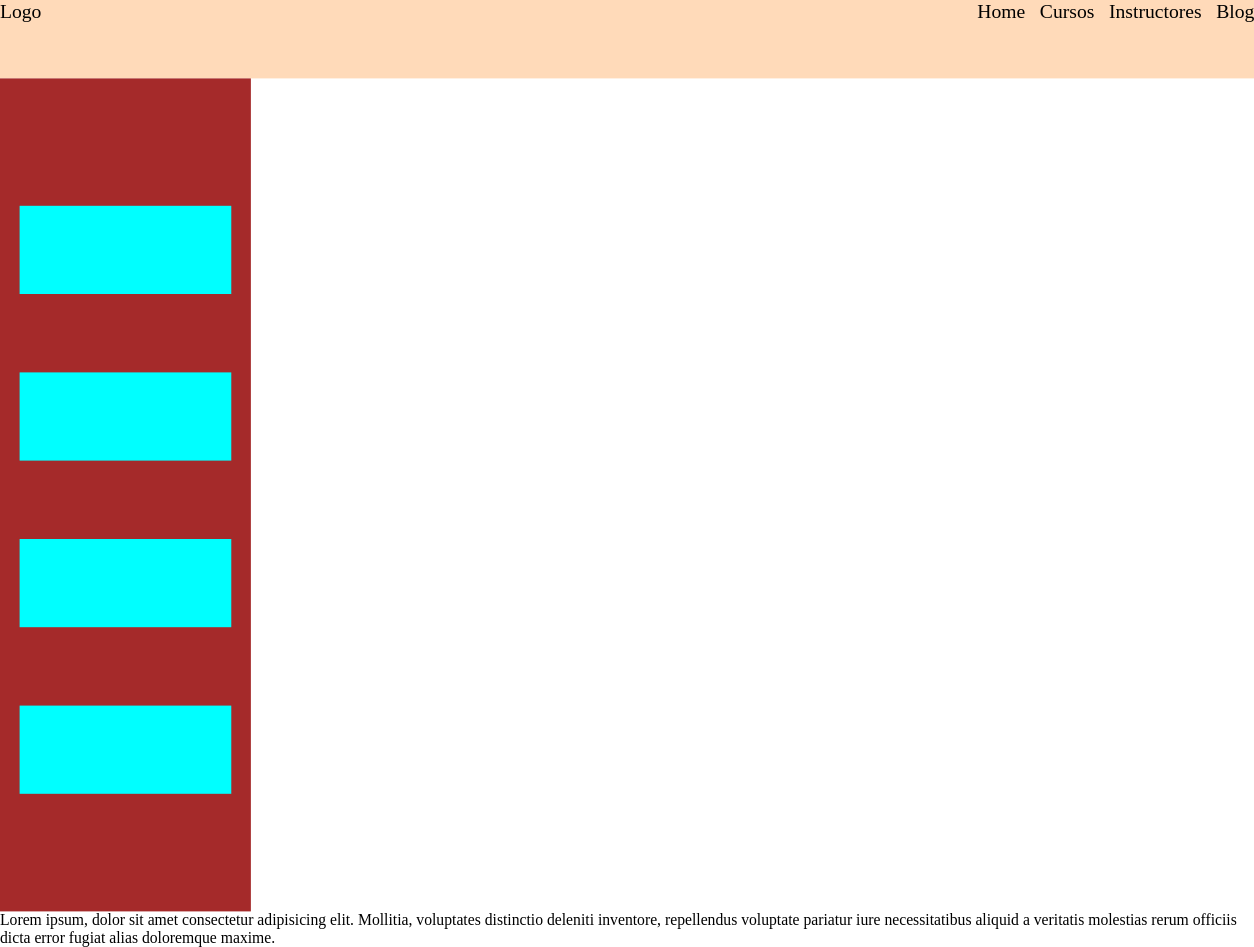
Repository: Daniel009980/daniel0099980
Page: desafiolayout1/index.html
An editor plug-in stored every save of this project. The page is shown before and after the next save, followed by the edit.
The browser window is 1280 px wide. The pictures show the whole page, at 98% of full size.

Above is the page before, as saved 2022-09-21 20:26:14.

### desafiolayout1/index.html
<!DOCTYPE html>
<html lang="en">
<head>
    <meta charset="UTF-8">
    <meta http-equiv="X-UA-Compatible" content="IE=edge">
    <meta name="viewport" content="width=device-width, initial-scale=1.0">
    <title>Desafio layout 1</title>
    <link rel="stylesheet" href="./style.css">
</head>
<body>
    <header class="cabeza">
    <p>Logo</p>
        <ul class="nav">
            <li>Home</li>
            <li>Cursos</li>
            <li>Instructores</li>
            <li>Blog</li>
        </ul>
    </header>
    <section class="seccion">
    <div class="cosas">
    <ul class="ad">
        <li></li>
        <li></li>
        <li></li>
        <li></li>
    </ul>
</div>
</section>
<span>Lorem ipsum, dolor sit amet consectetur adipisicing elit. Mollitia, voluptates distinctio deleniti inventore, repellendus voluptate pariatur iure necessitatibus aliquid a veritatis molestias rerum officiis dicta error fugiat alias doloremque maxime.</span>
</body>
</html>

### desafiolayout1/style.css
*{
    box-sizing: border-box;
    margin: 0;
    padding: 0;
}

.nav li{
    display: inline-block;
    padding-left: 10px;

}

.cabeza p{
    display: inline-block;
    font-size: 20px;

}

.cabeza{
    background-color: peachpuff;
    height: 80px;
    display: flex;
    justify-content: space-between;
    flex-wrap: wrap;
}
.nav {
    list-style: none;
    font-size: 20px;

}
.seccion{
    display: flex;
}
.cosas{
    width: 20%;
    justify-content: space-between;

}


.ad{
    background-color: brown;
    padding-top: 50px;
    height: 850px;
    list-style: none;
}

.ad li{
    background-color: aqua;
    margin: 20px;
    margin-top: 80px;
    height: 90px;
}

After the next save:
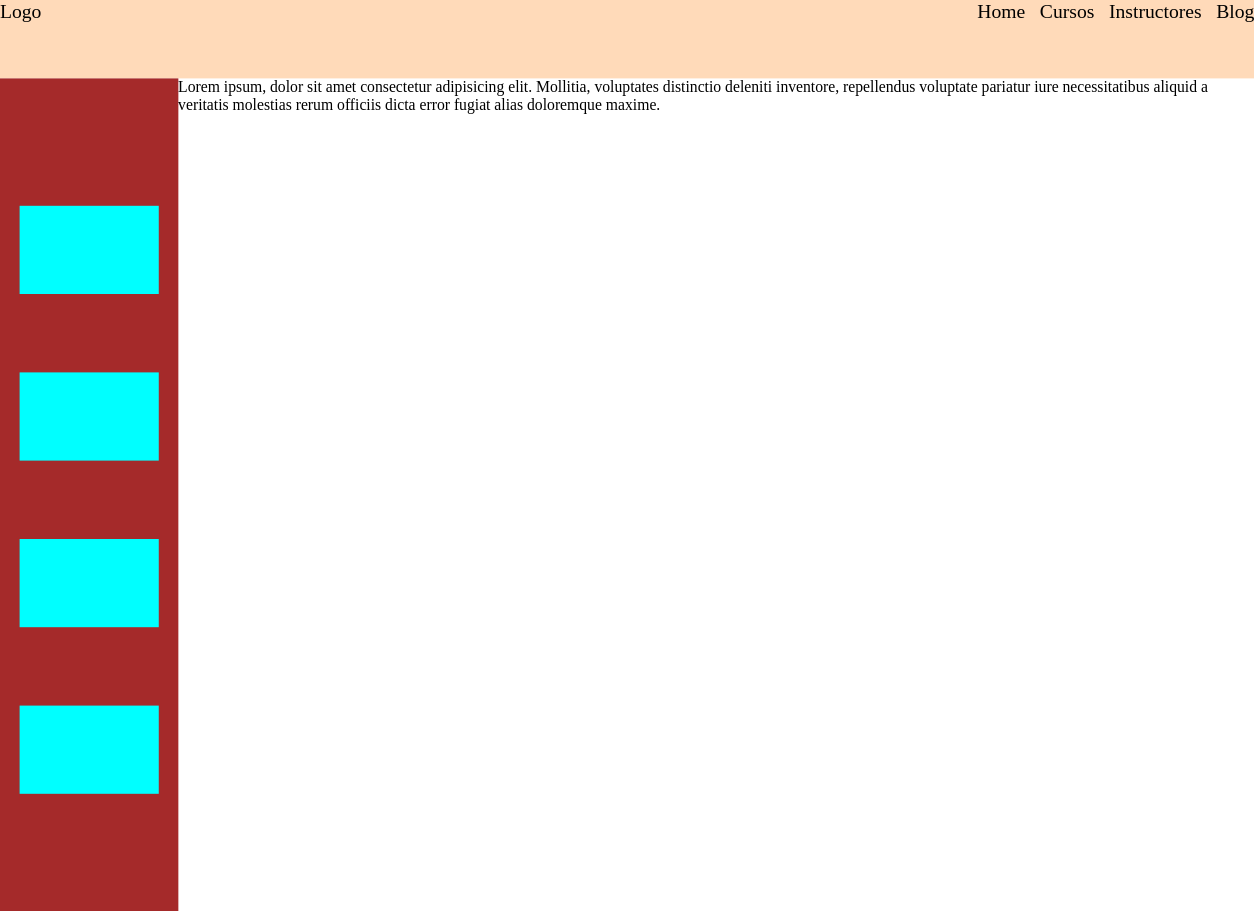
Saved 3 min 38 s later.
--- a/desafiolayout1/index.html
+++ b/desafiolayout1/index.html
@@ -26,7 +26,8 @@
         <li></li>
     </ul>
 </div>
+<span>Lorem ipsum, dolor sit amet consectetur adipisicing elit. Mollitia, voluptates distinctio deleniti inventore, repellendus voluptate pariatur iure necessitatibus aliquid a veritatis molestias rerum officiis dicta error fugiat alias doloremque maxime.</span>
+
 </section>
-<span>Lorem ipsum, dolor sit amet consectetur adipisicing elit. Mollitia, voluptates distinctio deleniti inventore, repellendus voluptate pariatur iure necessitatibus aliquid a veritatis molestias rerum officiis dicta error fugiat alias doloremque maxime.</span>
 </body>
 </html>
